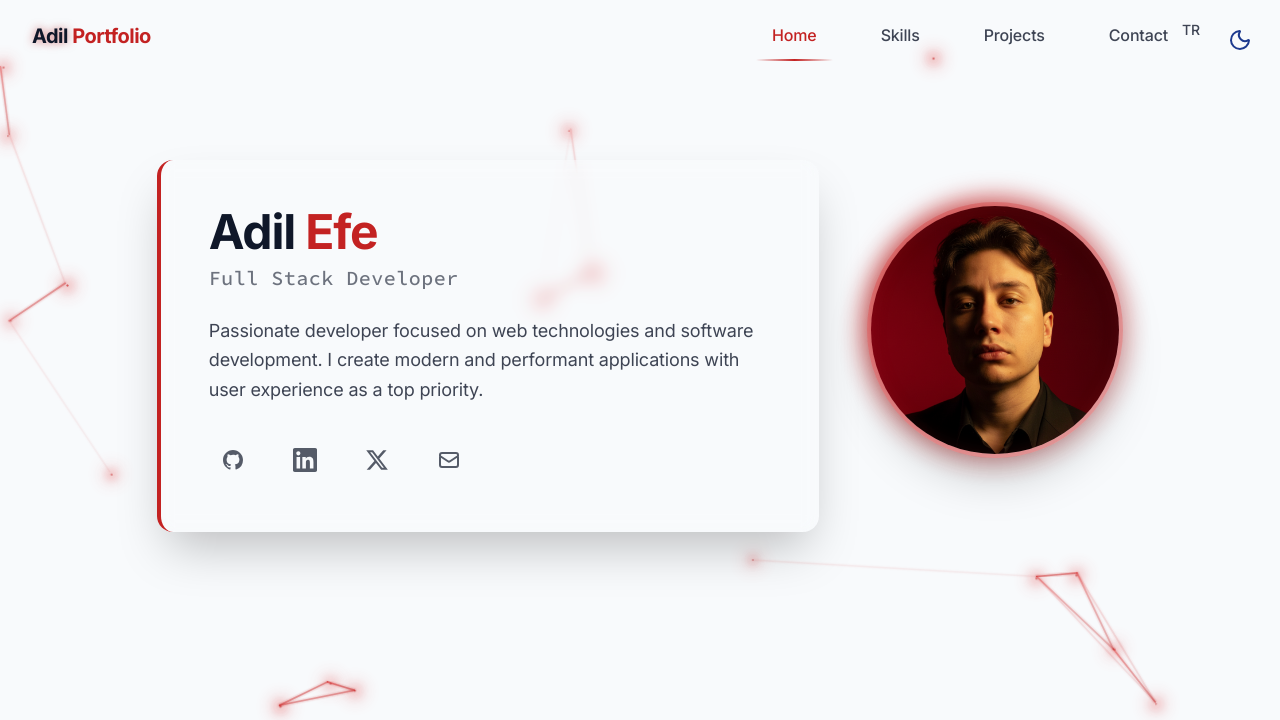
Repository: jusiann/personal-portfolio
Page: / (app in my-portfolio/)
An editor plug-in stored every save of this project. The page is shown before and after the next save, followed by the edit.
The browser window is 1280 px wide. The pictures show the whole page.
The project was rebuilt for these pictures with package versions that can differ from the ones it lists, and the page was loaded fresh each time. Also part of the build but not shown: my-portfolio/vite.config.js, my-portfolio/src/pages/Skills.jsx, my-portfolio/src/pages/Projects.jsx, my-portfolio/src/pages/Contact.jsx, my-portfolio/src/pages/NotFound.jsx.

Above is the page before, as saved 2025-11-19 23:15:57.

### my-portfolio/index.html
<!doctype html>
<html lang="en">
  <head>
    <meta charset="UTF-8" />
    <link rel="icon" type="image/svg+xml" href="/vite.svg" />
    <meta name="viewport" content="width=device-width, initial-scale=1.0" />
    <link rel="preconnect" href="https://fonts.googleapis.com">
    <link rel="preconnect" href="https://fonts.gstatic.com" crossorigin>
    <link href="https://fonts.googleapis.com/css2?family=Inter:wght@300;400;500;600;700;800&family=Source+Code+Pro:wght@400;500;600&display=swap" rel="stylesheet">
    <title>my-portfolio</title>
  </head>
  <body>
    <div id="root"></div>
    <script type="module" src="/src/main.jsx"></script>
  </body>
</html>

### my-portfolio/src/App.jsx
import { BrowserRouter, Routes, Route, Navigate, useLocation } from "react-router-dom"
import { AnimatePresence } from "framer-motion"
import { Home } from "./pages/Home";
import { Skills } from "./pages/Skills";
import { Projects } from "./pages/Projects";
import { Contact } from "./pages/Contact";
import { NotFound } from "./pages/NotFound";

function AnimatedRoutes() {
  const location = useLocation();

  return (
    <AnimatePresence mode="wait">
      <Routes location={location} key={location.pathname}>

        {/* TURKISH ROUTES */}
        <Route path="/" element={<Navigate to="/en" replace />} />
        <Route path="/tr" element={<Home />}/>
        <Route path="/tr/skills" element={<Skills />}/>
        <Route path="/tr/projects" element={<Projects />}/>
        <Route path="/tr/contact" element={<Contact />}/>

        {/* ENGLISH ROUTES */}
        <Route path="/en" element={<Home />}/>
        <Route path="/en/skills" element={<Skills />}/>
        <Route path="/en/projects" element={<Projects />}/>
        <Route path="/en/contact" element={<Contact />}/>
        <Route path="*" element={<NotFound />} />
      </Routes>
    </AnimatePresence>
  );
}

function App() {
  return (
    <BrowserRouter>
      <AnimatedRoutes />
    </BrowserRouter>
  )
}

export default App

### my-portfolio/src/pages/Home.jsx
import {ThemeToggle} from "../components/ThemeToggle";
import {LanguageToggle} from "../components/LanguageToggle";
import {CrimsonWebBackground} from "../components/CrimsonWebBackground";
import {Navbar} from "../components/Navbar";
import {PageTransition} from "../components/PageTransition";
import {ProfileCard} from "../components/ProfileCard";
import {ProfileImage} from "../components/ProfileImage";
import {SocialLinks} from "../components/SocialLinks";
import {useLanguage} from "../lib/utils";

export const Home = () => {
    const { t } = useLanguage();

    return (
        <PageTransition>
        <div className="
                        min-h-screen
                        bg-background
                        text-foreground
                        overflow-x-hidden">

            {/* THEME TOGGLE */}
            <ThemeToggle />

            {/* LANGUAGE TOGGLE */}
            <LanguageToggle />

            {/* BACKGROUND EFFECTS */}
            <CrimsonWebBackground />

            {/* NAVBAR */}
            <Navbar />

            {/* MAIN CONTENT */}
            <main className="container mx-auto px-4 py-12">
                <ProfileCard
                    profileImage={
                        <ProfileImage
                            src="/src/assets/images/profile_photo.png"
                            alt={`${t('profile_name')} ${t('profile_surname')}`}
                        />
                    }
                >
                    {/* Profil Resmi Mobile */}
                    <div className="md:hidden mb-8">
                        <ProfileImage
                            src="/src/assets/images/profile_photo.png"
                            alt={`${t('profile_name')} ${t('profile_surname')}`}
                        />
                    </div>

                    {/* İsim ve Soyisim */}
                    <div className="text-center md:text-left mb-6 animate-fade-in-delay-2">
                        <h1 className="
                            text-4xl
                            md:text-5xl
                            font-heading
                            font-bold
                            text-foreground
                            mb-2
                            tracking-tight
                        ">
                            {t('profile_name')}{' '}
                            <span className="text-primary">
                                {t('profile_surname')}
                            </span>
                        </h1>
                        <p className="
                            text-lg
                            md:text-xl
                            text-foreground/60
                            font-code
                        ">
                            {t('hero_subtitle')}
                        </p>
                    </div>

                    {/* Açıklama */}
                    <div className="
                        text-center
                        md:text-left
                        mb-8
                        max-w-2xl
                        animate-fade-in-delay-2
                    ">
                        <p className="
                            text-base
                            md:text-lg
                            text-foreground/80
                            leading-relaxed
                        ">
                            {t('profile_tagline')}
                        </p>
                    </div>

                    {/* Sosyal Medya Linkleri */}
                    <SocialLinks />
                </ProfileCard>
            </main>
        </div>
        </PageTransition>
    );
};

### my-portfolio/src/components/LanguageToggle.jsx
import {useNavigate, useLocation } from 'react-router-dom';
import {cn} from '../lib/utils';

export const LanguageToggle = () => {
    const navigate = useNavigate();
    const location = useLocation();
    const currentLang = location.pathname.startsWith('/en') ? 'en' : 'tr';

    const toggleLanguage = () => {
        const newLang = currentLang === 'tr' ? 'en' : 'tr';
        navigate(`/${newLang}${location.hash}`);
    };

    return (
        <button
            onClick={toggleLanguage}
            className={cn(
                "fixed max-sm:hidden top-5 right-20 z-50 transition-all duration-300",
                "hover:scale-110 active:scale-95",
                "focus:outline-none text-foreground/80 hover:text-foreground",
                "text-sm font-medium uppercase"
            )}
        >
            {currentLang === 'tr' ? 'EN' : 'TR'}
        </button>
    );
};

### my-portfolio/src/components/Navbar.jsx
import {cn} from "../lib/utils";
import {Menu, X} from "lucide-react";
import {useEffect, useState} from "react";
import {useLocation, Link} from "react-router-dom";
import {translations} from "../lib/translations";

export const Navbar = () => {
  const [isScrolled, setIsScrolled] = useState(false);
  const [isMenuOpen, setIsMenuOpen] = useState(false);
  const location = useLocation();
  const lang = location.pathname.startsWith('/en') ? 'en' : 'tr';

  const navItems = [
    { name: translations[lang].home, href: `/${lang}` },
    { name: translations[lang].skills, href: `/${lang}/skills`},
    { name: translations[lang].projects, href: `/${lang}/projects` },
    { name: translations[lang].contact, href: `/${lang}/contact` },
  ];

  const isActiveRoute = (href) => {
    if (href === `/${lang}`) {
      return location.pathname === `/${lang}` || location.pathname === `/${lang}/`;
    }
    return location.pathname.startsWith(href);
  };

  useEffect(() => {
    const handleScroll = () => {
      setIsScrolled(window.scrollY > 10);
    };

    window.addEventListener("scroll", handleScroll);
    return () => window.removeEventListener("scroll", handleScroll);
  }, []);

  return (
    <nav
      className={cn(
        "fixed w-full z-40 transition-all duration-300",
        isScrolled ? "py-3 bg-background/80 backdrop-blur-md shadow-xs" : "py-5"
      )}
    >
      <div className="container flex items-center justify-between h-8 pr-24">
        <a
          className="text-xl font-heading font-bold text-primary flex items-center"
          href="#hero"
        >
          <span className="relative z-10">
            <span className="text-glow text-foreground"> Adil </span>{" "}
            Portfolio
          </span>
        </a>

        {/* desktop nav */}
        <div className="hidden md:flex items-center space-x-8">
          {navItems.map((item, key) => (
            <Link
              key={key}
              to={item.href}
              className={`relative px-4 py-3 font-medium transition-colors duration-300 group ${
                isActiveRoute(item.href)
                  ? 'text-primary'
                  : 'text-foreground/80 hover:text-primary'
              }`}
            >
              {/* Linear crimson line effect - Always visible for active, hover for others */}
              <div className={`absolute bottom-0 left-0 w-full h-0.5 bg-gradient-to-r from-transparent via-primary to-transparent transition-transform duration-500 origin-center ${
                isActiveRoute(item.href)
                  ? 'scale-x-100'
                  : 'scale-x-0 group-hover:scale-x-100'
              }`} />

              {/* Text */}
              <span className="relative z-10">
                {item.name}
              </span>
            </Link>
          ))}
        </div>

        {/* mobile nav */}

        <button
          onClick={() => setIsMenuOpen((prev) => !prev)}
          className="md:hidden p-2 text-foreground z-50 hover:text-primary transition-colors duration-300"
          aria-label={isMenuOpen ? "Close Menu" : "Open Menu"}
        >
          {isMenuOpen ? <X size={24} /> : <Menu size={24} />}
        </button>

        <div
          className={cn(
            "fixed inset-0 bg-background/95 backdrop-blur-md z-40 flex flex-col items-center justify-center",
            "transition-all duration-300 md:hidden",
            isMenuOpen
              ? "opacity-100 pointer-events-auto"
              : "opacity-0 pointer-events-none"
          )}
        >
          <div className="flex flex-col space-y-8 text-xl">
            {navItems.map((item, key) => (
              <Link
                key={key}
                to={item.href}
                className={`relative px-4 py-2 transition-colors duration-300 group ${
                  isActiveRoute(item.href)
                    ? 'text-primary'
                    : 'text-foreground/80 hover:text-primary'
                }`}
                onClick={() => setIsMenuOpen(false)}
              >
                {/* Mobile crimson line - always visible for active, hover for others */}
                <div className={`absolute bottom-0 left-0 w-full h-0.5 bg-gradient-to-r from-transparent via-primary to-transparent transition-transform duration-500 ${
                  isActiveRoute(item.href)
                    ? 'scale-x-100'
                    : 'scale-x-0 group-hover:scale-x-100'
                }`} />

                <span className="relative z-10">
                  {item.name}
                </span>
              </Link>
            ))}
          </div>
        </div>
      </div>
    </nav>
  );
};

### my-portfolio/src/components/PageTransition.jsx
import {motion} from 'framer-motion';

export const PageTransition = ({ children }) => {
    return (
        <>
            {children}

            {/* LEFT TRIANGLE */}
            <motion.div
                className="fixed inset-0 bg-background z-100 pointer-events-none"
                style={{
                    clipPath: 'polygon(0% 0%, 100% 0%, 0% 100%)',
                }}
                initial={{ x: '0%' }}
                animate={{ x: '-100%' }}
                transition={{
                    duration: 0.6,
                    ease: [0.65, 0, 0.35, 1],
                    delay: 0.4
                }}
            />

            {/* RIGHT TRIANGLE */}
            <motion.div
                className="fixed inset-0 bg-background z-100 pointer-events-none"
                style={{
                    clipPath: 'polygon(100% 0%, 100% 100%, 0% 100%)',
                }}
                initial={{ x: '0%' }}
                animate={{ x: '100%' }}
                transition={{
                    duration: 0.6,
                    ease: [0.65, 0, 0.35, 1],
                    delay: 0.4
                }}
            />

            {/* RED DIAGONAL LINE */}
            <motion.div
                className="fixed inset-0 pointer-events-none z-101"
                style={{
                    background: 'linear-gradient(to bottom right, transparent calc(50% - 2px), rgb(220, 38, 38) calc(50% - 2px), rgb(220, 38, 38) calc(50% + 2px), transparent calc(50% + 2px))',
                    filter: 'drop-shadow(0 0 8px rgb(220, 38, 38))',
                }}
                initial={{ opacity: 1 }}
                animate={{ opacity: 0 }}
                transition={{
                    duration: 0.3,
                    ease: "easeOut",
                    delay: 0.3
                }}
            />
        </>
    );
};

### my-portfolio/src/components/ProfileCard.jsx
export const ProfileCard = ({ children, profileImage }) => {

    return (
        <div className="relative w-[80%] mx-auto px-4 py-8 mt-20 flex items-center gap-12">
            {/* Ana kart yapısı - backdrop blur ve opacity ile saydam etki */}
            <div
                className="
                    relative
                    flex-1
                    bg-card/10
                    backdrop-blur-sm
                    rounded-2xl
                    border-l-4
                    border-primary
                    shadow-2xl
                    p-8
                    md:p-12
                    transition-all
                    duration-500
                    hover:scale-[1.01]
                    animate-fade-in
                "
            >
                {/* İçerik alanı */}
                <div className="relative z-10">
                    {children}
                </div>
            </div>

            {/* Profil Resmi - Card Dışında Sağda */}
            <div className="hidden md:block">
                {profileImage}
            </div>

            {/* Ambient glow efekti */}
            <div
                className="
                    absolute
                    -inset-4
                    bg-primary/5
                    blur-3xl
                    -z-10
                    opacity-50
                    animate-pulse-subtle
                "
            />
        </div>
    );
};

### my-portfolio/src/components/ProfileImage.jsx
export const ProfileImage = ({ src, alt = "Profile" }) => {
    return (
        <div className="flex justify-center mb-8 animate-fade-in-delay-1">
            {/* Dış halka - glow efekti */}
            <div
                className="
                    relative
                    group
                    animate-pulse-subtle
                "
            >
                {/* Gradient border halka */}
                <div
                    className="
                        absolute
                        -inset-1
                        bg-linear-to-br
                        from-primary
                        via-primary/60
                        to-primary/30
                        rounded-full
                        blur-md
                        group-hover:blur-lg
                        transition-all
                        duration-300
                    "
                />

                {/* Resim container */}
                <div
                    className="
                        relative
                        w-40
                        h-40
                        md:w-64
                        md:h-64
                        rounded-full
                        overflow-hidden
                        border-4
                        border-primary/20
                        shadow-2xl
                        group-hover:scale-105
                        transition-transform
                        duration-300
                    "
                >
                    <img
                        src={src}
                        alt={alt}
                        className="
                            w-full
                            h-full
                            object-cover
                            filter
                            group-hover:brightness-110
                            transition-all
                            duration-300
                        "
                    />
                </div>

                {/* İç glow */}
                <div
                    className="
                        absolute
                        inset-0
                        rounded-full
                        shadow-[inset_0_0_20px_rgba(220,38,38,0.2)]
                        pointer-events-none
                    "
                />
            </div>
        </div>
    );
};

### my-portfolio/src/components/SocialLinks.jsx
export const SocialLinks = () => {
    const socialMedia = [
        {
            name: "GitHub",
            url: "https://github.com/jusiann",
            icon: (
                <svg
                    className="w-6 h-6"
                    fill="currentColor"
                    viewBox="0 0 24 24"
                    aria-hidden="true"
                >
                    <path
                        fillRule="evenodd"
                        d="M12 2C6.477 2 2 6.484 2 12.017c0 4.425 2.865 8.18 6.839 9.504.5.092.682-.217.682-.483 0-.237-.008-.868-.013-1.703-2.782.605-3.369-1.343-3.369-1.343-.454-1.158-1.11-1.466-1.11-1.466-.908-.62.069-.608.069-.608 1.003.07 1.531 1.032 1.531 1.032.892 1.53 2.341 1.088 2.91.832.092-.647.35-1.088.636-1.338-2.22-.253-4.555-1.113-4.555-4.951 0-1.093.39-1.988 1.029-2.688-.103-.253-.446-1.272.098-2.65 0 0 .84-.27 2.75 1.026A9.564 9.564 0 0112 6.844c.85.004 1.705.115 2.504.337 1.909-1.296 2.747-1.027 2.747-1.027.546 1.379.202 2.398.1 2.651.64.7 1.028 1.595 1.028 2.688 0 3.848-2.339 4.695-4.566 4.943.359.309.678.92.678 1.855 0 1.338-.012 2.419-.012 2.747 0 .268.18.58.688.482A10.019 10.019 0 0022 12.017C22 6.484 17.522 2 12 2z"
                        clipRule="evenodd"
                    />
                </svg>
            ),
        },
        {
            name: "LinkedIn",
            url: "https://linkedin.com/in/yourprofile",
            icon: (
                <svg
                    className="w-6 h-6"
                    fill="currentColor"
                    viewBox="0 0 24 24"
                    aria-hidden="true"
                >
                    <path
                        fillRule="evenodd"
                        d="M20.447 20.452h-3.554v-5.569c0-1.328-.027-3.037-1.852-3.037-1.853 0-2.136 1.445-2.136 2.939v5.667H9.351V9h3.414v1.561h.046c.477-.9 1.637-1.85 3.37-1.85 3.601 0 4.267 2.37 4.267 5.455v6.286zM5.337 7.433c-1.144 0-2.063-.926-2.063-2.065 0-1.138.92-2.063 2.063-2.063 1.14 0 2.064.925 2.064 2.063 0 1.139-.925 2.065-2.064 2.065zm1.782 13.019H3.555V9h3.564v11.452zM22.225 0H1.771C.792 0 0 .774 0 1.729v20.542C0 23.227.792 24 1.771 24h20.451C23.2 24 24 23.227 24 22.271V1.729C24 .774 23.2 0 22.222 0h.003z"
                        clipRule="evenodd"
                    />
                </svg>
            ),
        },
        {
            name: "Twitter",
            url: "https://twitter.com/yourhandle",
            icon: (
                <svg
                    className="w-6 h-6"
                    fill="currentColor"
                    viewBox="0 0 24 24"
                    aria-hidden="true"
                >
                    <path d="M18.244 2.25h3.308l-7.227 8.26 8.502 11.24H16.17l-5.214-6.817L4.99 21.75H1.68l7.73-8.835L1.254 2.25H8.08l4.713 6.231zm-1.161 17.52h1.833L7.084 4.126H5.117z" />
                </svg>
            ),
        },
        {
            name: "Email",
            url: "mailto:your.email@example.com",
            icon: (
                <svg
                    className="w-6 h-6"
                    fill="none"
                    stroke="currentColor"
                    viewBox="0 0 24 24"
                    aria-hidden="true"
                >
                    <path
                        strokeLinecap="round"
                        strokeLinejoin="round"
                        strokeWidth={2}
                        d="M3 8l7.89 5.26a2 2 0 002.22 0L21 8M5 19h14a2 2 0 002-2V7a2 2 0 00-2-2H5a2 2 0 00-2 2v10a2 2 0 002 2z"
                    />
                </svg>
            ),
        },
    ];

    return (
        <div className="flex justify-center md:justify-start gap-6 mt-8 animate-fade-in-delay-3">
            {socialMedia.map((social, index) => (
                <a
                    key={social.name}
                    href={social.url}
                    target="_blank"
                    rel="noopener noreferrer"
                    className="
                        p-3
                        text-foreground/70
                        hover:text-primary
                        transition-all
                        duration-300
                        hover:scale-110
                        animate-fade-in-delay-3
                    "
                    style={{ animationDelay: `${0.8 + index * 0.1}s` }}
                    aria-label={social.name}
                >
                    {social.icon}
                </a>
            ))}
        </div>
    );
};

Loaded but not shown: my-portfolio/src/main.jsx (common file); my-portfolio/src/lib/translations.js (80 lines, source omitted); my-portfolio/src/lib/utils.js (19 lines, source omitted); my-portfolio/src/index.css (267 lines, source omitted); my-portfolio/src/components/CrimsonWebBackground.jsx (183 lines, source omitted); my-portfolio/src/components/ThemeToggle.jsx (130 lines, source omitted)

After the next save:
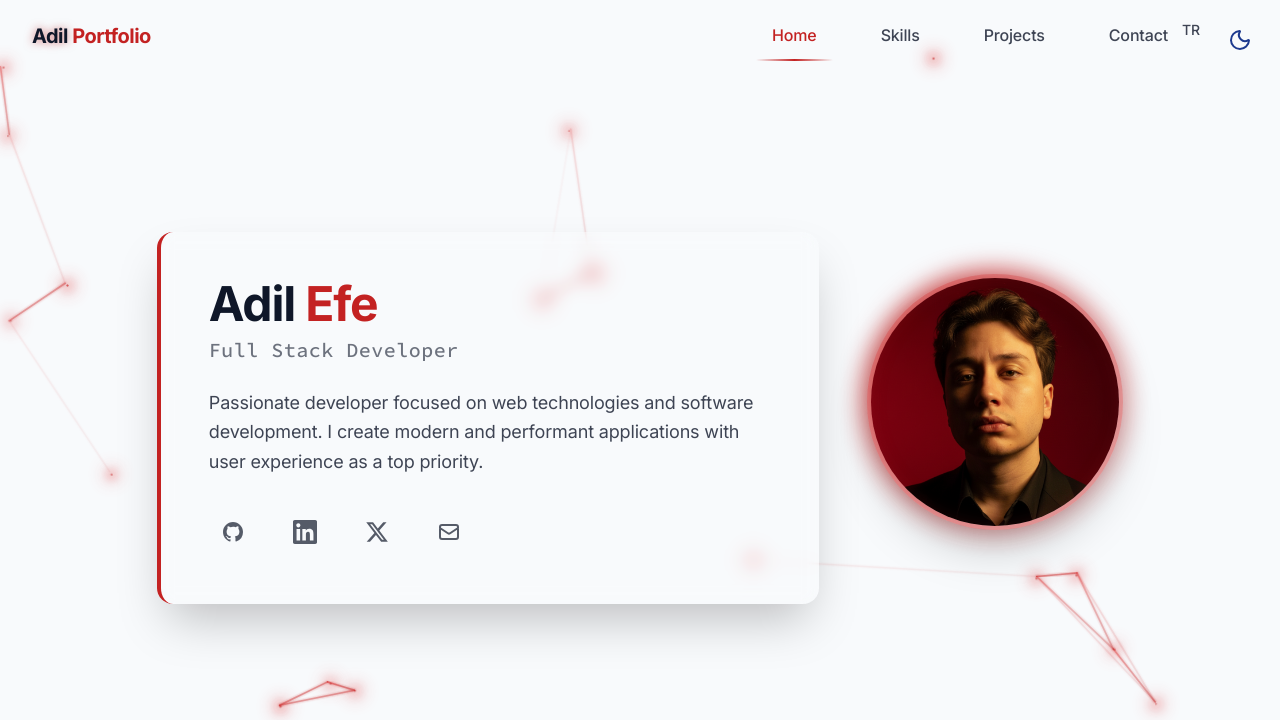
Saved 16 s later.
--- a/my-portfolio/src/components/Navbar.jsx
+++ b/my-portfolio/src/components/Navbar.jsx
@@ -36,8 +36,7 @@ export const Navbar = () => {
   return (
     <nav
       className={cn(
-        "fixed w-full z-40 transition-all duration-300",
-        isScrolled ? "py-3 bg-background/80 backdrop-blur-md shadow-xs" : "py-5"
+        "relative w-full transition-all duration-300 py-5"
       )}
     >
       <div className="container flex items-center justify-between h-8 pr-24">
